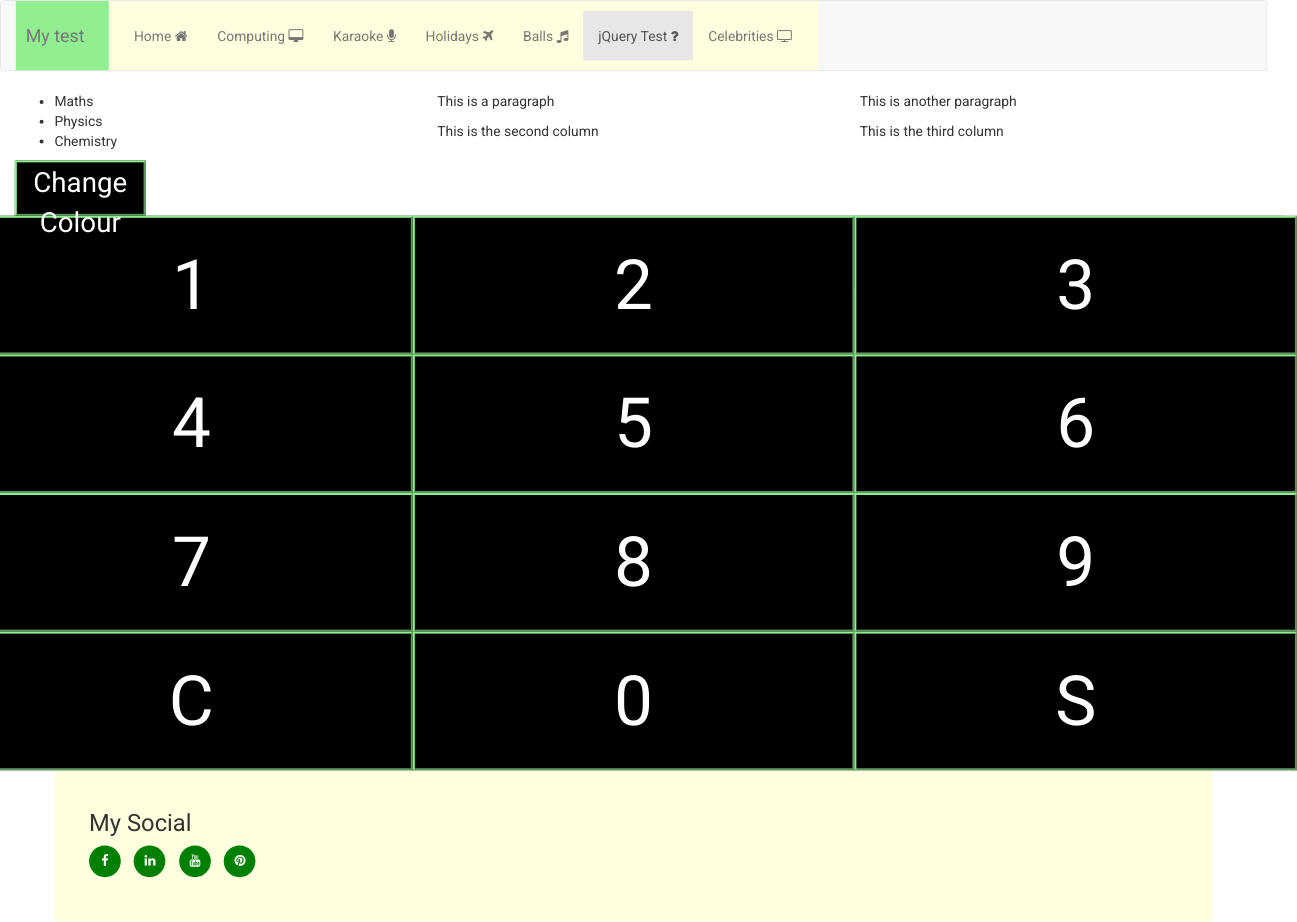
Repository: derektypist/bootstrap
Page: jquerydemo.html
The author's editor kept a record of every edit. The page is drawn from the files as they stood at one moment, then again after the next edit.
The browser window is 1280 px wide. The page is 1310 px wide, then 1295 px, so the pictures cover 1310 px, including what lies to the right of the window. The pictures show the whole page, at 99% of full size.
Some web libraries are served in a nearby version.

Above is the page before.

### jquerydemo.html
<!DOCTYPE html>
<html>
<head>
<meta name="viewport" content="width=device-width, initial-scale=1.0">
<title>Derek's Bootstrap Experience - Jquery Test</title>

<!-- Load Style Sheets -->

<link rel="stylesheet" href="https://maxcdn.bootstrapcdn.com/bootstrap/3.3.7/css/bootstrap.min.css">
<link rel="stylesheet" href="https://maxcdn.bootstrapcdn.com/font-awesome/4.7.0/css/font-awesome.min.css" type="text/css" />
<link rel="stylesheet" href="style.css" type="text/css">

<!-- Load Scripts -->
<script src="https://code.jquery.com/jquery-3.2.1.min.js" integrity="sha256-hwg4gsxgFZhOsEEamdOYGBf13FyQuiTwlAQgxVSNgt4=" crossorigin="anonymous"></script>
<script src="https://maxcdn.bootstrapcdn.com/bootstrap/3.3.7/js/bootstrap.min.js" integrity="sha384-Tc5IQib027qvyjSMfHjOMaLkfuWVxZxUPnCJA7l2mCWNIpG9mGCD8wGNIcPD7Txa" crossorigin="anonymous"></script>
<script>
    $(document).ready(function(){
        $("#subjects").click(function(){
            $(".myhighlight").css("color", "orange");
        });
        $("p").mouseenter(function(){
            $(this).css("color", "green")
        });
        $("p").mouseleave(function(){
            $(this).css("color", "purple")
        });
    });
</script>
</head>
<body>
<nav class="navbar navbar-default">
        <div class="container-fluid">
            <!-- Logo -->
            <div class="navbar-header">
                <a href="index.html" class="navbar-brand">My test</a>
            </div>

            <!-- navbar with icons -->
            <ul class="nav navbar-nav">
                <li><a href="index.html">Home <i class="fa fa-home" aria-hidden="true"></i></a></li>
                <li><a href="computing.html">Computing <i class="fa fa-desktop" aria-hidden="true"></i></a></li>
                <li><a href="karaoke.html">Karaoke <i class="fa fa-microphone" aria-hidden="true"></i></a></li>
                <li><a href="holidays.html">Holidays <i class="fa fa-plane" aria-hidden="true"></i></a></li>
                <li><a href="balls.html">Balls <i class="fa fa-music" aria-hidden="true"></i></a></li>
                <li class="active"><a href="jquerydemo.html">jQuery Test <i class="fa fa-question" aria-hidden="true"></i></a></li>
                <li><a href="celebrities.html">Celebrities <i class="fa fa-television" aria-hidden="true"></i></a></li>
            </ul>
        </div>
    </nav>

    <!-- Section for Setting Up List Items and Paragraphs -->
    <section class="container-fluid">
        <article class="row">
            <article class="col-sm-4">
                <ul>
                <li class="myhighlight">Maths</li>
                <li>Physics</li>
                <li>Chemistry</li>
            </ul>
            <button id="subjects">Change Colour</button>
            </article>
            <article class="col-sm-4">
                <p>This is a paragraph</p>
                <p>This is the second column</p>
            </article>
            <article class="col-sm-4">
                <p>This is another paragraph</p>
                <p>This is the third column</p>
            </article>

        </article>

        <!-- Set Up Blank Row -->
        <article class="row"></article>
       </section>

        <!-- Section for Setting Up Keypad -->
        <section class="container-fluid" id="keypad"></section>
        <article class="row">
                <!-- Set Up Display -->
                <article id="display"></div>

                <!-- Set Up First Row for Keypad -->
                <article class="row">
                    <button id="one">1</button>
                    <button id="two">2</button>
                    <button id="three">3</button>
                </article>

                <!-- Set Up Second Row for Keypad -->
                <article class="row">
                    <button id="four">4</button>
                    <button id="five">5</button>
                    <button id="six">6</button>
                </article>

                <!-- Set Up Third Row for Keypad -->
                <article class="row">
                    <button id="seven">7</button>
                    <button id="eight">8</button>
                    <button id="nine">9</button>
                </article>

                <!-- Set Up Fourth Row for Keypad -->
                <article class="row">
                    <button id="clear">C</button>
                    <button id="zero">0</button>
                    <button id="settings">S</button>
                </article>
            </article>



            </article>

    </section>

     <!-- Footer -->
       <footer class="container">
           <div class="row" id="footer-details">
               <h3>My Social</h3>
               <ul class="list-inline social-links">

                    <li><a target="_blank" href="https://www.facebook.com/derek.dhammaloka/" title="Facebook"><i class="fa fa-facebook"></i></a></li>
                    <li><a target="_blank" href="https://www.linkedin.com/in/derekdhammaloka" title="LinkedIn"><i class="fa fa-linkedin"></i></a></li>
                    <li><a target="_blank" href="https://www.youtube.com/user/derekthesec" title="YouTube"><i class="fa fa-youtube"></i></a></li>
                    <li><a target="_blank" href="https://www.pinterest.co.uk/derekthesec" title="Pinterest"><i class="fa fa-pinterest"></i></a></li>
               </ul>
           </div>
       </footer>

</body>
</html>

### style.css
/* Import Font */

@import url('https://fonts.googleapis.com/css?family=Roboto');

/* Body */

body {

    font-family: "Roboto", Arial, Verdana, sans-serif;
    height: 100%;
}

/* Liked Comments */

.liked {
    background-color: lightblue;
    padding: 10px;
}

/* Jumbotron */

.jumbotron {
    background-color: pink;
}

/* List Items */

.list-items {
    color: green;
}

.list-items a {
    text-decoration: none;
    color: orange;
}

.list-items a:hover {
    text-decoration: none;
    color: purple;
}

/* Margin Styles */
.mgn-col {
    margin-left: 10px;
}

/* Navbar Styles */
.navbar-header {
    background-color: lightgreen;
    padding: 10px;
}

.navbar-nav {
    background-color: lightyellow;
    padding: 10px;
}

/* Table Styles */
th {
    background-color: lightblue;
}


/* Download PDF Styles */
.download-pdf {
    color: green;
    text-align: center;
    font-size: 18px;
    padding-left: 5px;
}

.download-pdf i:hover {
    color: orange;
    transition: all 0.35s ease-in-out;
    -moz-transition: all 0.35s ease-in-out;
    -webkit-transition: all 0.35s ease-in-out;
    -o-transition: all 0.35s ease-in-out;
}

/* Footer */
footer {
    background-color: lightyellow;
    min-height: 50px;
    margin: 0;
}

.social-links {
    padding-bottom: 15px;
}

.social-links li a i {
    width: 32px;
    height: 32px;
    padding: 12px 0px;
    border-radius: 50%;
    font-size: 13px;
    line-height: 7px;
    text-align: center;
    color: #fafafa;
    background: green;
    transition: all 0.35s ease-in-out;
    -moz-transition: all 0.35s ease-in-out;
    -webkit-transition: all 0.35s ease-in-out;
    -o-transition: all 0.35s ease-in-out;

}

.social-links li a i:hover {
    background: purple;

}

#footer-details {
    margin: 20px;
}

/* jQueryDemo - Subjects */
.row button #subjects
{
    background-color: black;
}



/* jQueryDemo - Keypad */

#keypad {
    width: 50%;
    margin: auto;
}

#display {
    height: 75px;
    font-size: 2.5em;
    background-color: seagreen;
    color: white;
    text-align: center;
}

.row button {
    background-color: black;
    color: white;
    font-size: 2em;
    height: 2em;
    float: left;
    border-color: lightgreen;
    margin-left: 0px;
    margin-right: 0px;
}

button {
    width: 33.333%;
}

After the next edit:
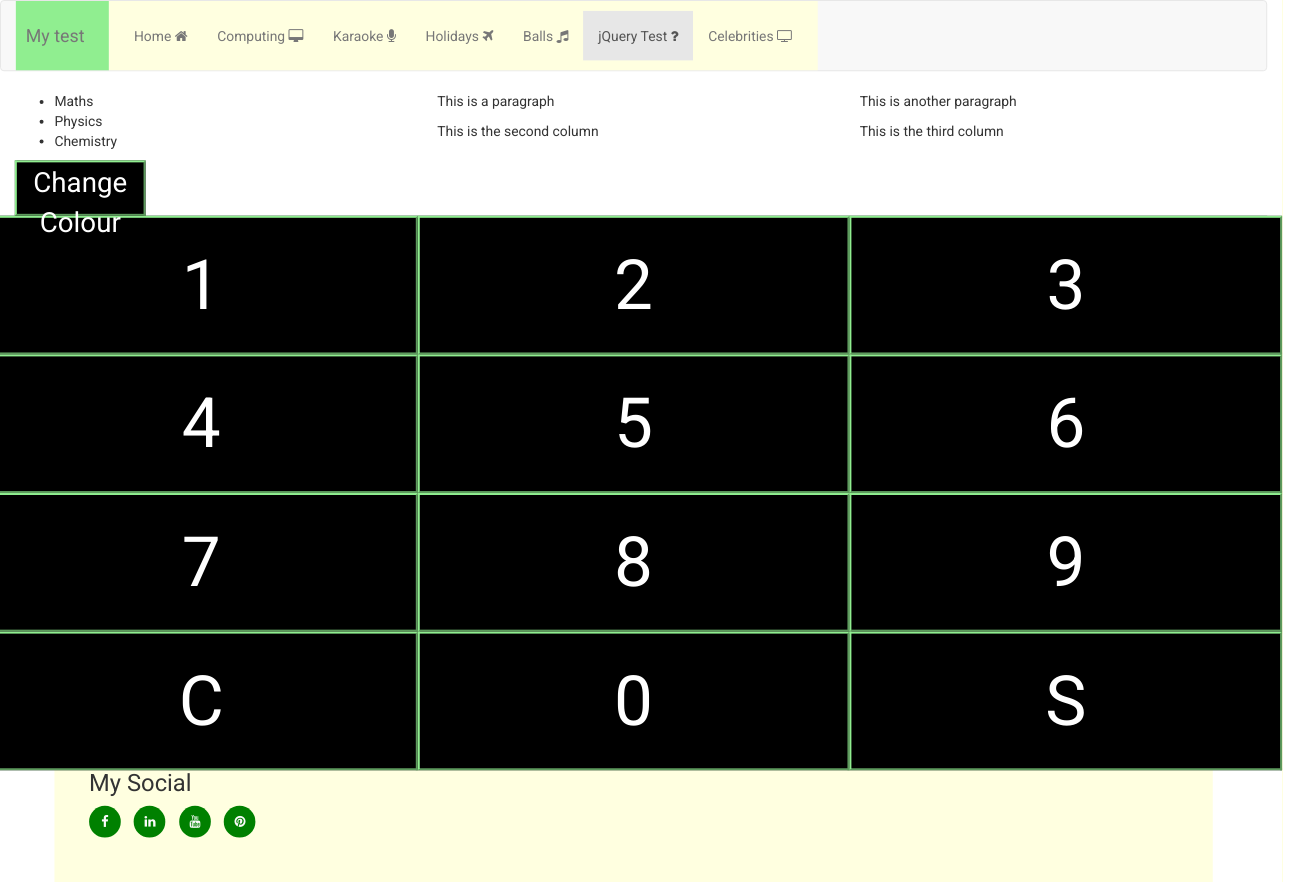
The edit:
--- a/jquerydemo.html
+++ b/jquerydemo.html
@@ -76,7 +76,7 @@
 
         <!-- Section for Setting Up Keypad -->
         <section class="container-fluid" id="keypad"></section>
-        <article class="row">
+
                 <!-- Set Up Display -->
                 <article id="display"></div>
 
